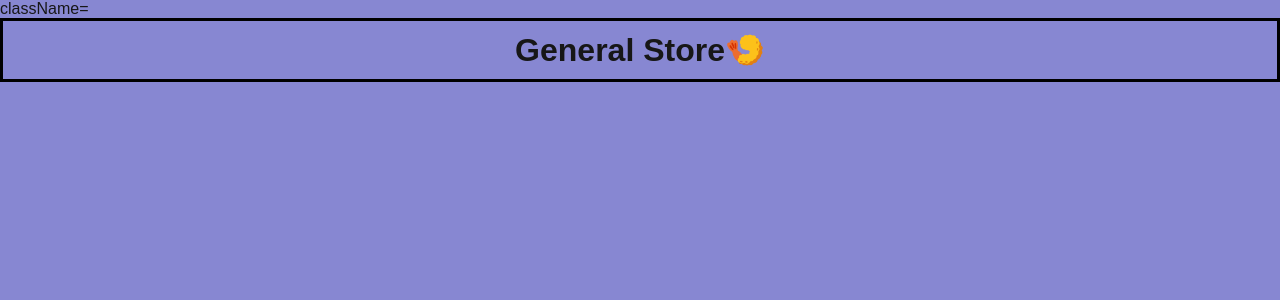
Repository: MaiCrespo/rat-ass
Page: / (app in rat-ass/)
The author's editor kept a copy of each file at every save. The page is drawn from the files as they stood at one save, then again after the next save.
The browser window is 1280 px wide. The pictures show the whole page.
The project was rebuilt for these pictures with package versions that can differ from the ones it lists, and the page was loaded fresh each time. The framework's server and built-in components were replaced by stand-ins that run in the browser. Also part of the build but not shown: rat-ass/next.config.mjs.

Above is the page before, as saved 2025-04-03 15:19:16.

After the next save:
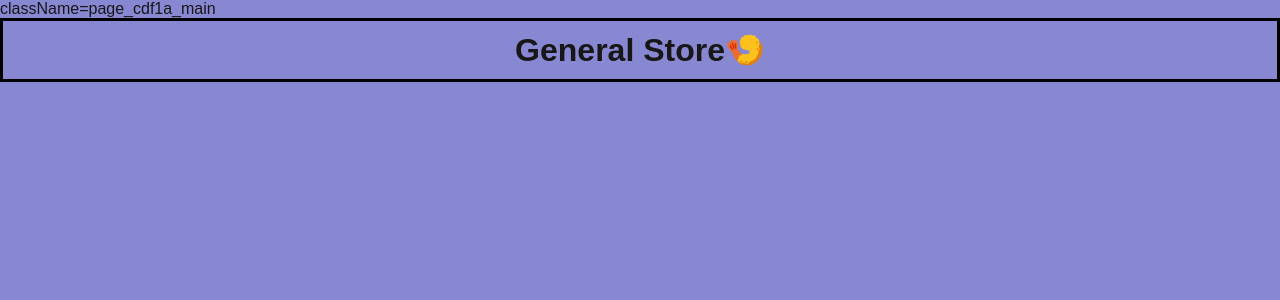
Saved 24 s later.
--- a/rat-ass/app/page.module.css
+++ b/rat-ass/app/page.module.css
@@ -4,3 +4,8 @@
   text-align: center;
   margin-bottom: 20px;
 }
+
+.main {
+  border: 3px solid black;
+  padding: 10px;
+}
